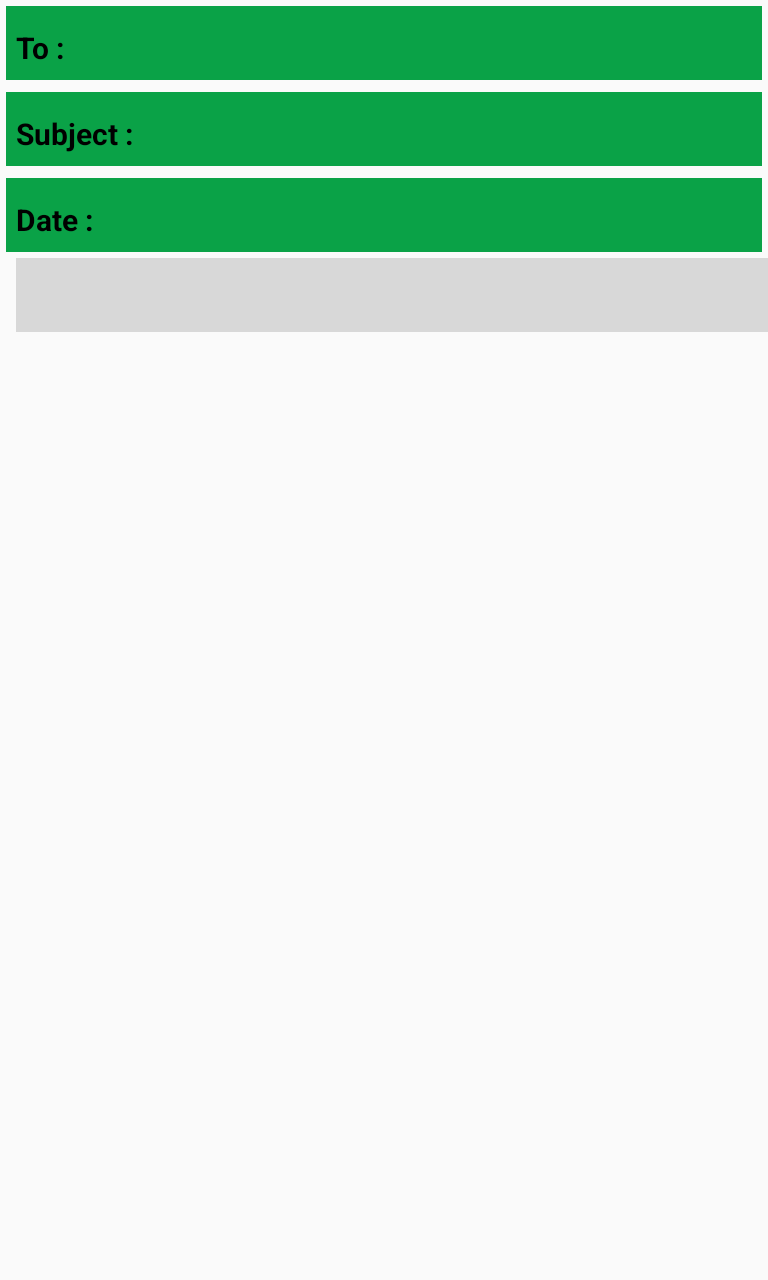
Repository: iguardian2015/iguardian-litchi
Layout: iguardian/res/layout/custom_outbox_view.xml
These files come from the project's save history. The layout is drawn as it stood at one moment and after the next save; the edit follows.
It is drawn on a 768 x 1280 px phone screen (xhdpi) without system bars, with theme AppTheme; the app's code is not run.

Above is the layout before, as saved 2015-01-14 16:51:06.

After the next save:
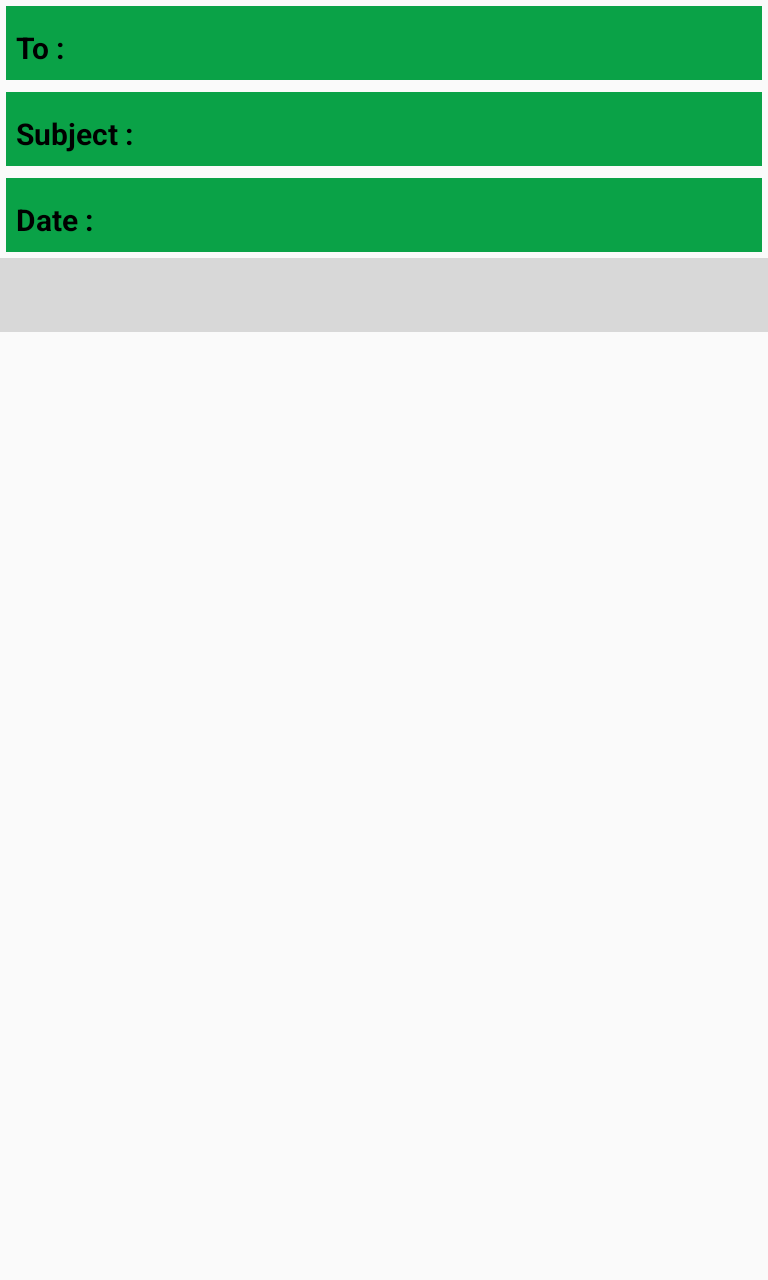
Saved 75 s later.
--- a/iguardian/res/layout/custom_outbox_view.xml
+++ b/iguardian/res/layout/custom_outbox_view.xml
@@ -100,7 +100,6 @@
             android:id="@+id/mes"
             android:layout_width="match_parent"
             android:layout_height="wrap_content"
-            android:layout_marginLeft="8dp"
             android:padding="5dp"
             android:paddingTop="10dp"
             android:background="#D8D8D8"
